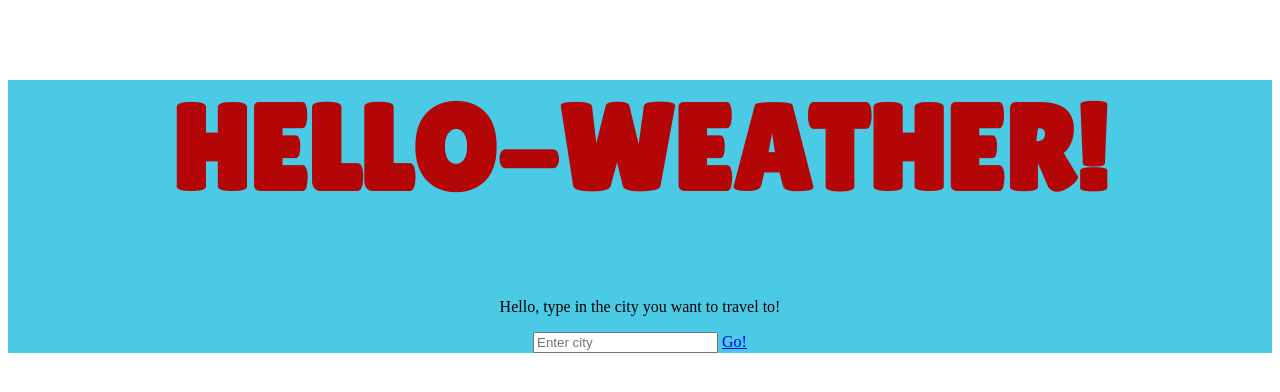
Repository: Jazinha/Hello-kitty-weather
Page: index.html
The author's editor kept a copy of each file at every save. The page is drawn from the files as they stood at one save, then again after the next save.
The browser window is 1280 px wide. The pictures show the whole page.

Above is the page before, as saved 2023-02-03 20:32:41.

### index.html
<!DOCTYPE html>
<html>
    <head>
        <title>Hello-Weather!</title>
        <meta charset="utf-8">
        <link rel="stylesheet" href="style.css">
        <link rel="preconnect" href="https://fonts.googleapis.com">
<link rel="preconnect" href="https://fonts.gstatic.com" crossorigin>
<link href="https://fonts.googleapis.com/css2?family=Itim&family=Lilita+One&display=swap" rel="stylesheet">
    </head>
    <body>
        <div class="container">
            <div id="home" class="flex-column flex-center"></div>
            <h1>HELLO-WEATHER!</h1>
            <p>Hello, type in the city you want to travel to!</p>
            <input id="initial" type="text" placeholder="Enter city">
            <a href="forecast.html" class="btn">Go! </a>
        </div>
    </body>
</html>

### style.css
.container {
    text-align: center;
    justify-content: center;
    background-color: rgb(75, 202, 230);
}

h1 {
    font-size: 120px;
    font-family: 'Lilita One', cursive;
    color: rgb(180, 6, 6);

}

After the next save:
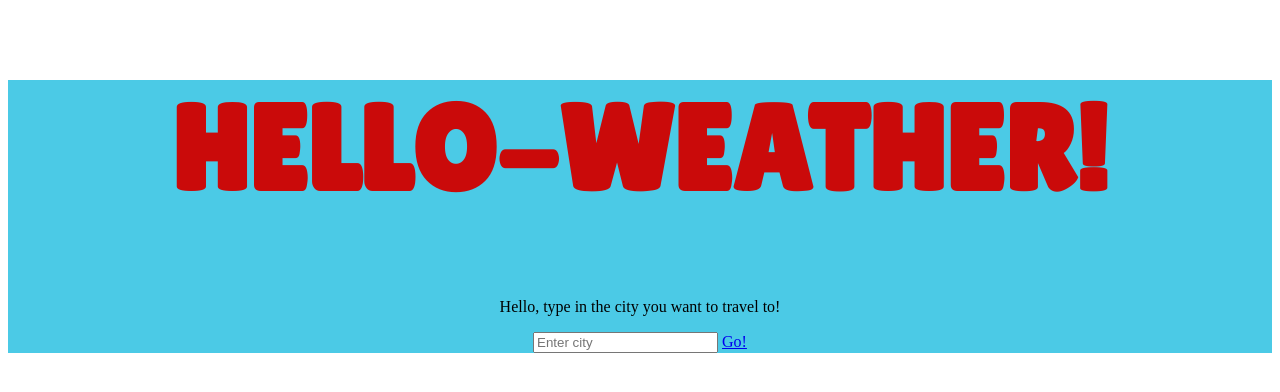
Saved 13 s later.
--- a/style.css
+++ b/style.css
@@ -7,6 +7,6 @@
 h1 {
     font-size: 120px;
     font-family: 'Lilita One', cursive;
-    color: rgb(180, 6, 6);
+    color: rgb(202, 10, 10);
 
 }
